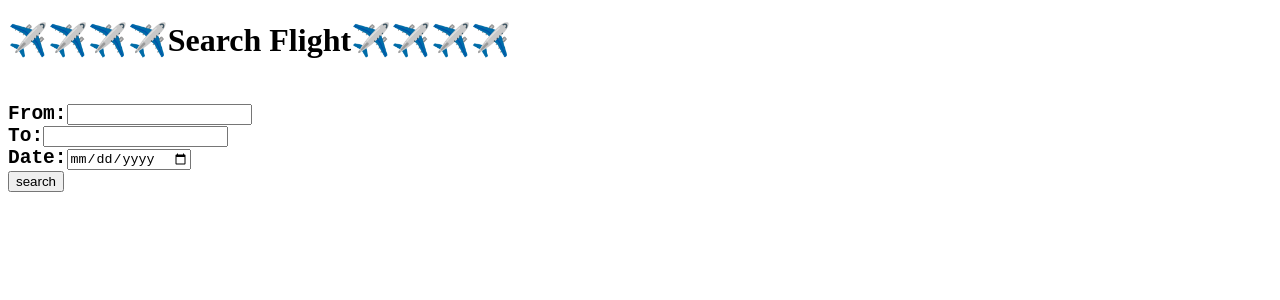
Repository: mhaskenita/Web_Base_Java
Page: http://localhost/Flight_Reservation_Management/searchFlight.jsp
An editor plug-in stored every save of this project. The page is shown before and after the next save, followed by the edit.
The browser window is 1280 px wide. The pictures show the whole page.
The page is served by Tomcat 10.

Above is the page before, as saved 2025-04-23 14:39:10.

After the next save:
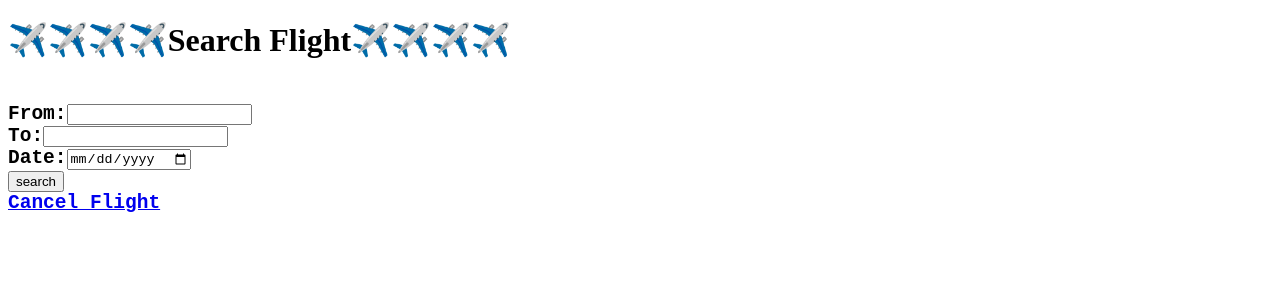
Saved 5 min 37 s later.
--- a/Flight_Reservation_Management/src/main/webapp/searchFlight.jsp
+++ b/Flight_Reservation_Management/src/main/webapp/searchFlight.jsp
@@ -15,6 +15,7 @@
 To:<input type="text" name="to">
 Date:<input type="date" name="date">
 <input type="submit" value="search">
+<a href="cancelFlight.jsp">Cancel Flight</a>
 </h2>
 </pre>
 </form>
